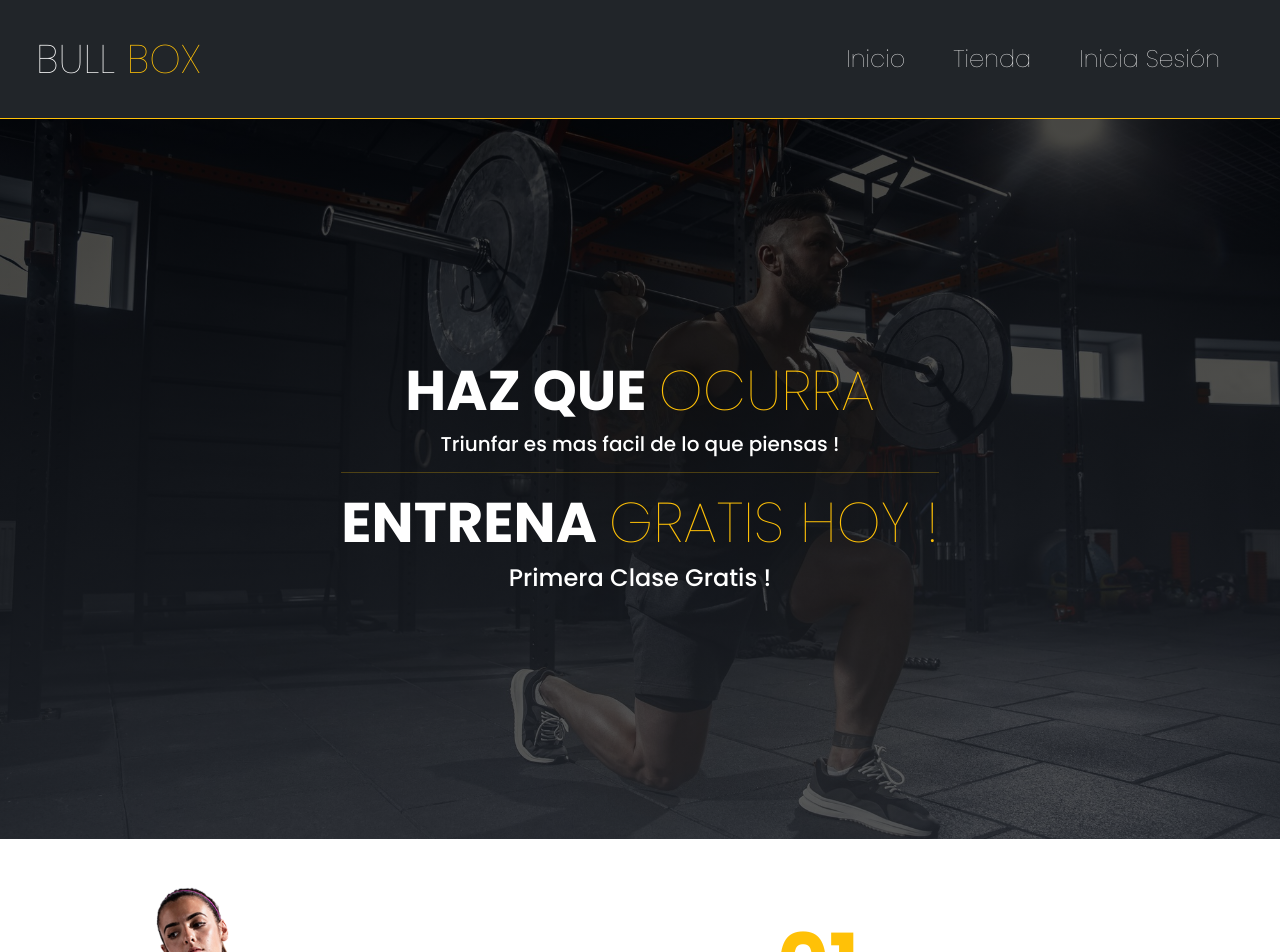
Repository: enjeru13/BullBox
Page: / (app in BullBox/)
An editor plug-in stored every save of this project. The page is shown before and after the next save, followed by the edit.
The browser window is 1280 px wide. The pictures show the part of the page from y = 0 to 952 px (the page is 4177 px tall).
The project was rebuilt for these pictures with package versions that can differ from the ones it lists, and the page was loaded fresh each time. Also part of the build but not shown: BullBox/vite.config.js, BullBox/src/pages/Registro.jsx, BullBox/src/pages/Login.jsx, BullBox/src/pages/Perfil.jsx, BullBox/src/pages/Tienda.jsx, BullBox/ProtectedRoute.jsx.

Above is the page before, as saved 2024-10-28 12:19:12.

After the next save:
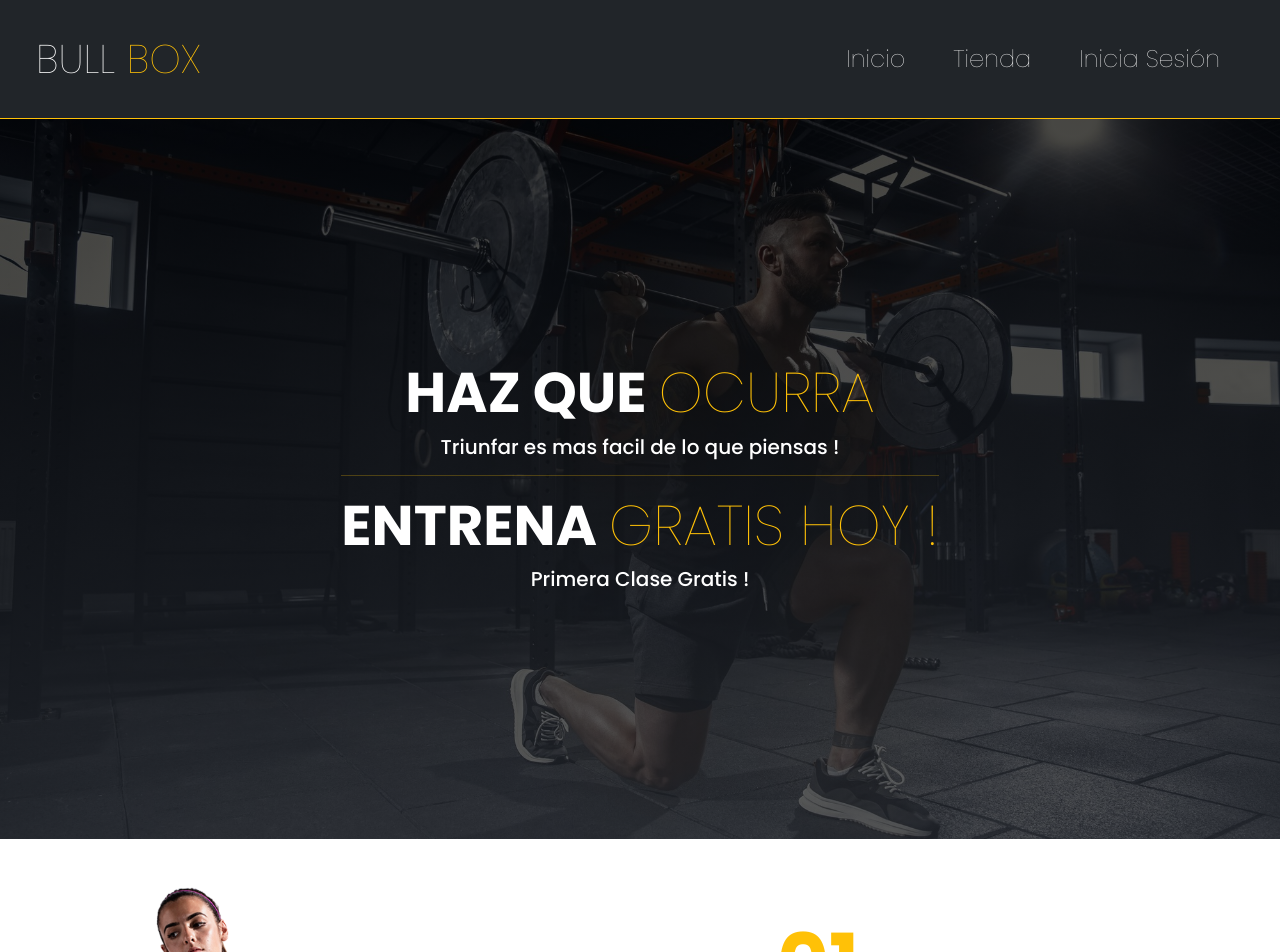
Saved 11 s later.
--- a/BullBox/src/pages/Inicio.jsx
+++ b/BullBox/src/pages/Inicio.jsx
@@ -16,7 +16,7 @@ function Inicio() {
                     <h5 className=''>Triunfar es mas facil de lo que piensas !</h5>
                     <hr className='text-warning' />
                     <h2 className='fw-bold display-4'>ENTRENA <span className='text-warning'>GRATIS HOY ! </span> </h2>
-                    <h4 className=''>Primera Clase Gratis !</h4>
+                    <h5 className=''>Primera Clase Gratis !</h5>
                 </div>
             </section>
 
